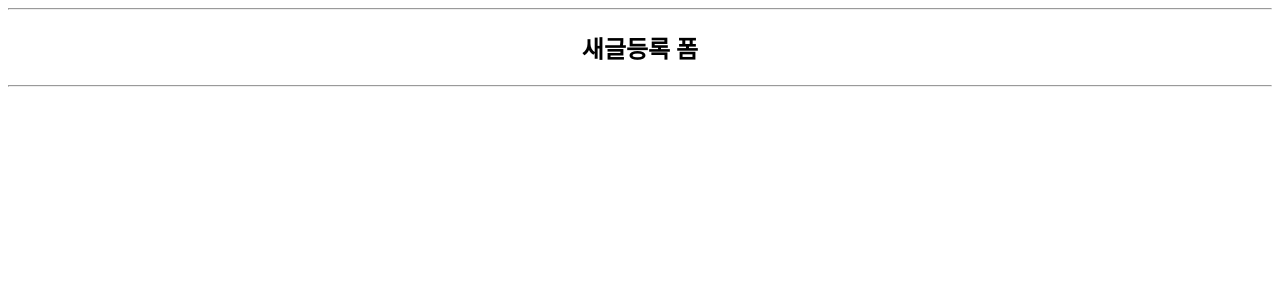
Repository: skim24245/web_workspace_src
Page: http://localhost/Mission-Web/jsp/board/writeForm.jsp
The author's editor kept a copy of each file at every save. The page is drawn from the files as they stood at one save, then again after the next save.
The browser window is 1280 px wide. The pictures show the whole page.
The page is served by Tomcat 9. Other server files are loaded and not shown.

Above is the page before, as saved 2022-06-02 08:06:54.

### Mission-Web/src/main/webapp/jsp/board/writeForm.jsp
<%@ page language="java" contentType="text/html; charset=UTF-8"
	pageEncoding="UTF-8"%>
<!DOCTYPE html>
<html>
<head>
<meta charset="UTF-8">
<title>Insert title here</title>
</head>
<body>
	<div align="center">
		<hr>
		<h2>새글등록 폼</h2>
		<hr>

	</div>
</body>
</html>

After the next save:
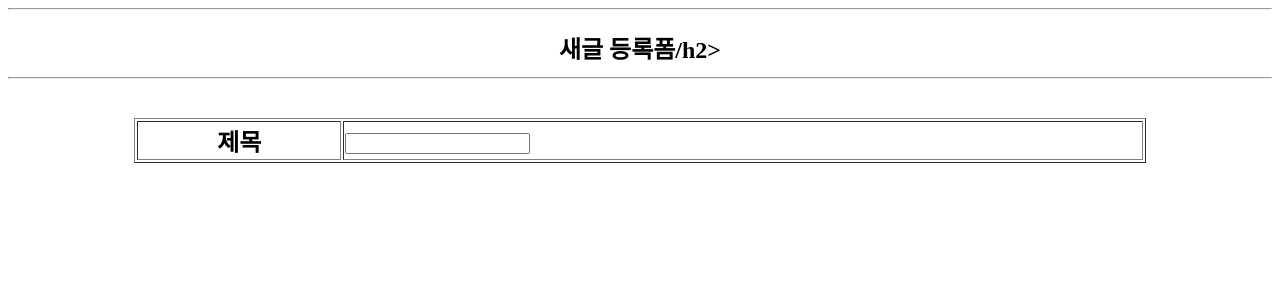
Saved 3 min 57 s later.
--- a/Mission-Web/src/main/webapp/jsp/board/writeForm.jsp
+++ b/Mission-Web/src/main/webapp/jsp/board/writeForm.jsp
@@ -9,9 +9,19 @@
 <body>
 	<div align="center">
 		<hr>
-		<h2>새글등록 폼</h2>
-		<hr>
+		<h2>
+			새글 등록폼/h2>
+			<hr>
+			<br>
+			<form>
+				<table border="1" style="width: 80%">
+					<tr>
+						<th>제목</th>
+						<td><input type="text" name="title"></td>
+					</tr>
 
+				</table>
+			</form>
 	</div>
 </body>
 </html>
